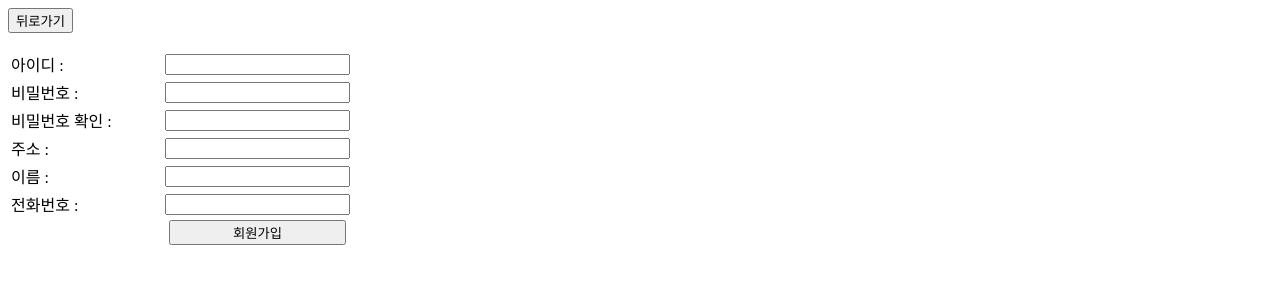
Repository: PSH-prog/var
Page: http://localhost/var/WEB-INF/user/join.jsp
An editor plug-in stored every save of this project. The page is shown before and after the next save, followed by the edit.
The browser window is 1280 px wide. The pictures show the whole page.
The page is served by Tomcat 9. Nobody is signed in. The template is opened directly, without the code that normally fills it, so the values that code supplies are empty.

Above is the page before, as saved 2024-05-26 23:57:38.
Console error: SyntaxError: Unexpected token '=='

After the next save:
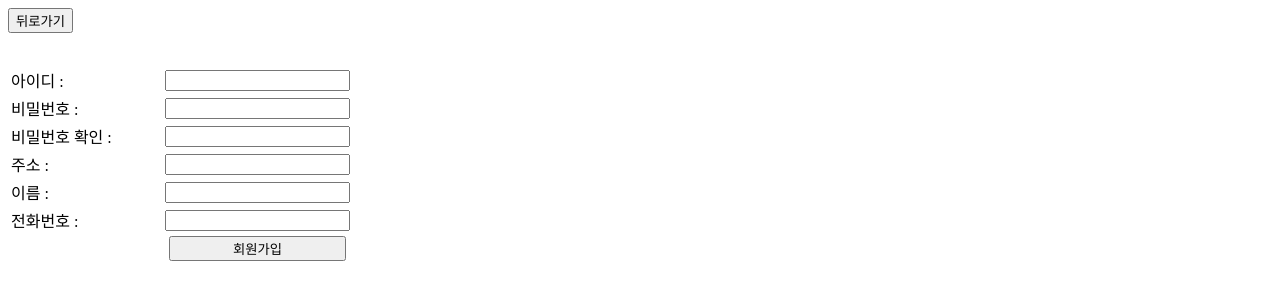
Saved 60 s later.
--- a/var/src/main/webapp/WEB-INF/user/join.jsp
+++ b/var/src/main/webapp/WEB-INF/user/join.jsp
@@ -24,6 +24,11 @@
 		}
 	</script>
 	<body>
+		<form>
+			<table>
+
+			</table>
+		</form>
 		<form action="/var/join.do" name="joinForm" onsubmit="return checkForm()" method="get">
 			<table>
 				<tr>
